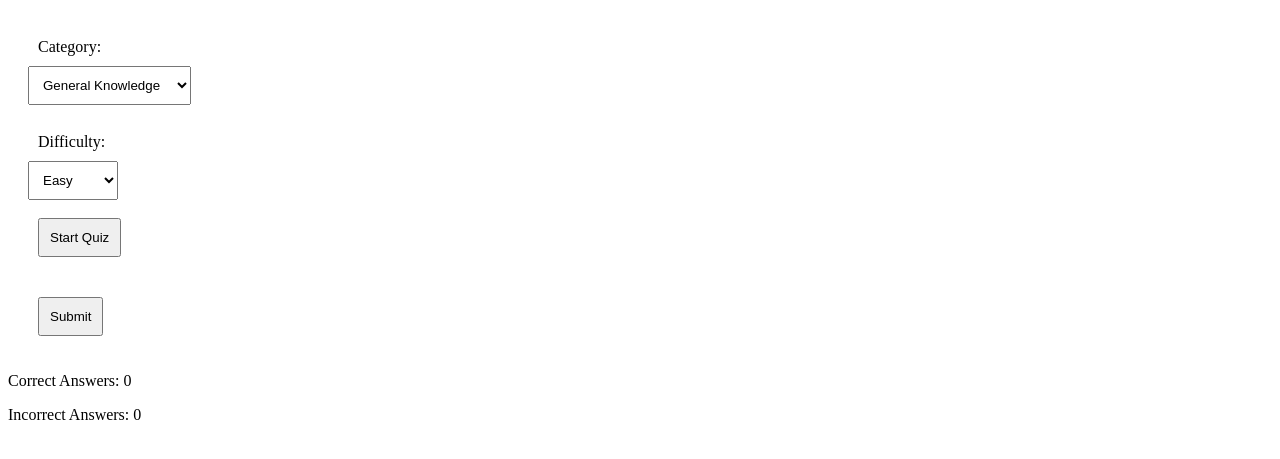
Repository: Kayla-amr/triviaSvelte
Page: /
An editor plug-in stored every save of this project. The page is shown before and after a run of saves, followed by the edit.
The browser window is 1280 px wide. The pictures show the whole page.
The project was rebuilt for these pictures with package versions that can differ from the ones it lists, and the page was loaded fresh each time. The framework's server and built-in components were replaced by stand-ins that run in the browser. Also part of the build but not shown: svelte.config.js, vite.config.js.

Above is the page before, as saved 2023-03-18 09:23:12.

### src/routes/+page.svelte
<script>


	let questions = [];

	function startQuiz() {
		const category = document.getElementById('category').value;
		const difficulty = document.getElementById('difficulty').value;


		const apiUrl = `https://opentdb.com/api.php?amount=10&category=${category}&difficulty=${difficulty}&type=multiple`;
        console.log(apiUrl);

        fetch(apiUrl)
            .then((response) => response.json())
            .then((data) => {
                questions = data.results;
            });
	}


	let correctAnswers = 0;
	let incorrectAnswers = 0;
	let unanswered = 0;

	function submitTrivia() {

		for (let i = 0; i < questions.length; i++) {
			let question = questions[i].question;
			let correctAnswer = questions[i].correct_answer;
			let incorrectAnswers = questions[i].incorrect_answers;
			let userAnswer = document.querySelector(`input[name="${question}"]:checked`).value;


			if (userAnswer === correctAnswer) {
				correctAnswers++;
			} else if (userAnswer === undefined) {
				unanswered++;
			} else {
				incorrectAnswers++;
			}
		}
	}
</script>

<div>
	<form id="quiz-form">

		<label for="category">Category:</label>
		<select id="category" name="category">
			<option value="9">General Knowledge</option>
			<option value="10">Books</option>
			<option value="11">Film</option>
			<option value="12">Music</option>
            <option value="13">Musicals & Theatres</option>
			<!-- Add more options for other categories -->
		</select><br />

		<label for="difficulty">Difficulty:</label>
		<select id="difficulty" name="difficulty">
			<option value="easy">Easy</option>
			<option value="medium">Medium</option>
			<option value="hard">Hard</option>
		</select><br />


		<button on:click={startQuiz}>Start Quiz</button>
	</form>
</div>

<div>
	<form action="triviaQuestions">
		{#each questions as question}
			<p>{@html question.question}</p>
			<input
				type="radio"
				name={question.question}
				value={question.correct_answer}
				id="correctAnswer"
			/>{@html question.correct_answer}<br />
			{#each question.incorrect_answers as incorrect}
				<input
					type="radio"
					name={question.question}
					value={incorrect}
					id="IncorrectAnswer"
				/>{@html incorrect}<br />
			{/each}
		{/each}

		<button on:click={submitTrivia}>Submit</button>
	</form>

	<div>
		<p>Correct Answers: {correctAnswers}</p>
		<p>Incorrect Answers: {incorrectAnswers}</p>
	</div>
</div>

<style>
    form {
        display: flex;
        flex-direction: column;
        align-items: start;
        padding: 20px;
    }
    label {
        padding: 10px;
    }
    select {
        margin: 0;
        padding: 10px;
    }
    button {
        padding: 10px;
        margin: 0 10px;
    }
</style>

Loaded but not shown: src/app.html (common file)

After the next 2 saves:
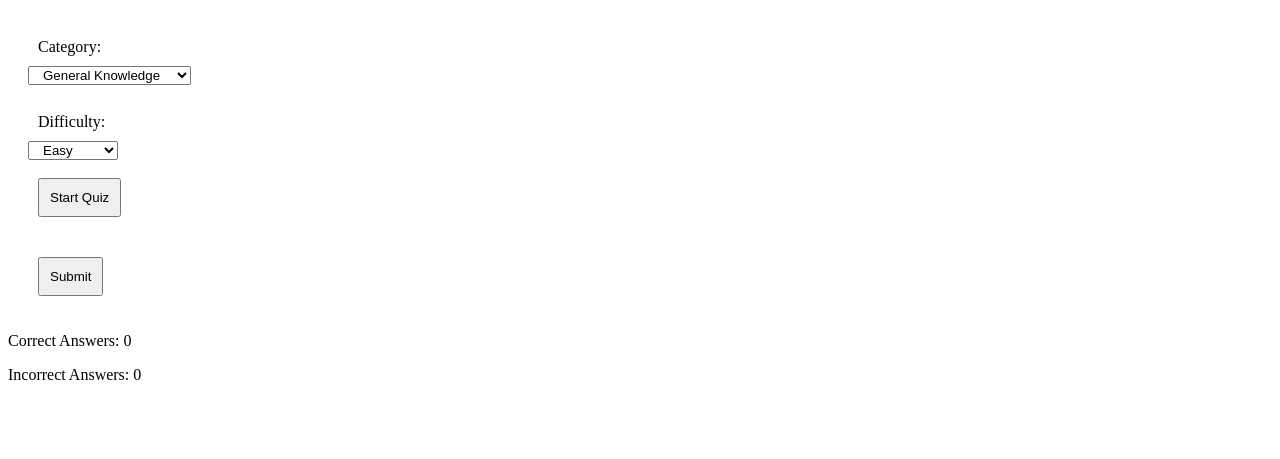
The 2 saves are shown as one change because they came seconds apart.
The last was saved 10 s later.
--- a/src/routes/+page.svelte
+++ b/src/routes/+page.svelte
@@ -109,7 +109,7 @@
     }
     select {
         margin: 0;
-        padding: 10px;
+        padding: 0 10px;
     }
     button {
         padding: 10px;
